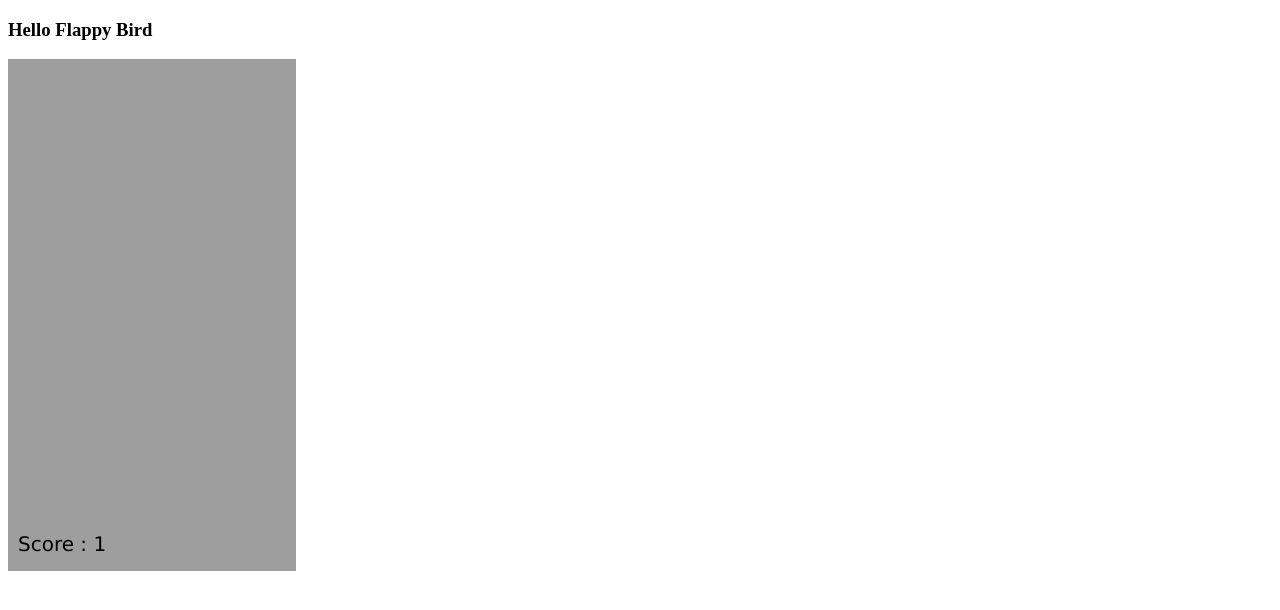
Repository: kate30980/flappy-bird-js
Page: index.html
These files come from the project's save history. The page is drawn as it stood at one moment and after the next save; the edit follows.
The browser window is 1280 px wide. The pictures show the whole page.

Above is the page before, as saved 2021-09-05 09:59:18.

### index.html
<!DOCTYPE html>
<html lang="en">

<head>
    <meta charset="UTF-8">
    <meta http-equiv="X-UA-Compatible" content="IE=edge">
    <meta name="viewport" content="width=device-width, initial-scale=1.0">
    <title>Flappy Bird</title>
</head>

<body>

    <h3>Hello Flappy Bird</h3>
    <canvas id="canvas" width="288" height="512"></canvas>

    <script src="main.js"></script>
</body>

</html>

### main.js
var cvs = document.getElementById("canvas");
var ctx = cvs.getContext("2d");

// load images

var bird = new Image();
var bg = new Image();
var fg = new Image();
var pipeNorth = new Image();
var pipeSouth = new Image();

bird.src = "images/bird.png";
bg.src = "images/bg.png";
fg.src = "images/fg.png";
pipeNorth.src = "images/pipeNorth.png";
pipeSouth.src = "images/pipeSouth.png";

// some variables

var gap = 85;
var constant;

var bX = 10;
var bY = 150;

var gravity = 1.5;

var score = 0;

// audio files

var fly = new Audio();
var scor = new Audio();

fly.src = "sounds/fly.mp3";
scor.src = "sounds/score.mp3";

// on key down

document.addEventListener("keydown", moveUp);

function moveUp() {
  bY -= 25;
  fly.play();
}

// pipe coordinates

var pipe = [];

pipe[0] = {
  x: cvs.width,
  y: 0,
};

// draw images

function draw() {
  ctx.drawImage(bg, 0, 0);

  for (var i = 0; i < pipe.length; i++) {
    constant = pipeNorth.height + gap;
    ctx.drawImage(pipeNorth, pipe[i].x, pipe[i].y);
    ctx.drawImage(pipeSouth, pipe[i].x, pipe[i].y + constant);

    pipe[i].x--;

    if (pipe[i].x == 125) {
      pipe.push({
        x: cvs.width,
        y: Math.floor(Math.random() * pipeNorth.height) - pipeNorth.height,
      });
    }

    // detect collision

    if (
      (bX + bird.width >= pipe[i].x &&
        bX <= pipe[i].x + pipeNorth.width &&
        (bY <= pipe[i].y + pipeNorth.height ||
          bY + bird.height >= pipe[i].y + constant)) ||
      bY + bird.height >= cvs.height - fg.height
    ) {
      location.reload(); // reload the page
    }

    if (pipe[i].x == 5) {
      score++;
      scor.play();
    }
  }

  ctx.drawImage(fg, 0, cvs.height - fg.height);

  ctx.drawImage(bird, bX, bY);

  bY += gravity;

  ctx.fillStyle = "#000";
  ctx.font = "20px Verdana";
  ctx.fillText("Score : " + score, 10, cvs.height - 20);

  requestAnimationFrame(draw);
}

draw();

After the next save:
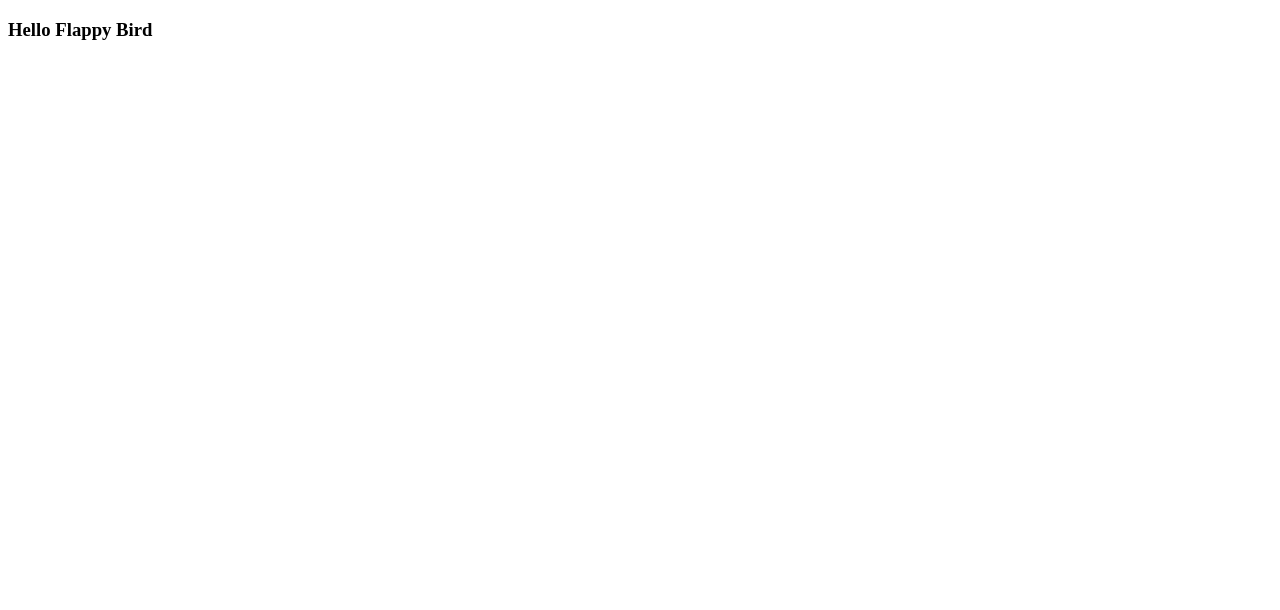
Saved 5 s later.
--- a/main.js
+++ b/main.js
@@ -102,5 +102,3 @@ function draw() {
 
   requestAnimationFrame(draw);
 }
-
-draw();

After the save that followed:
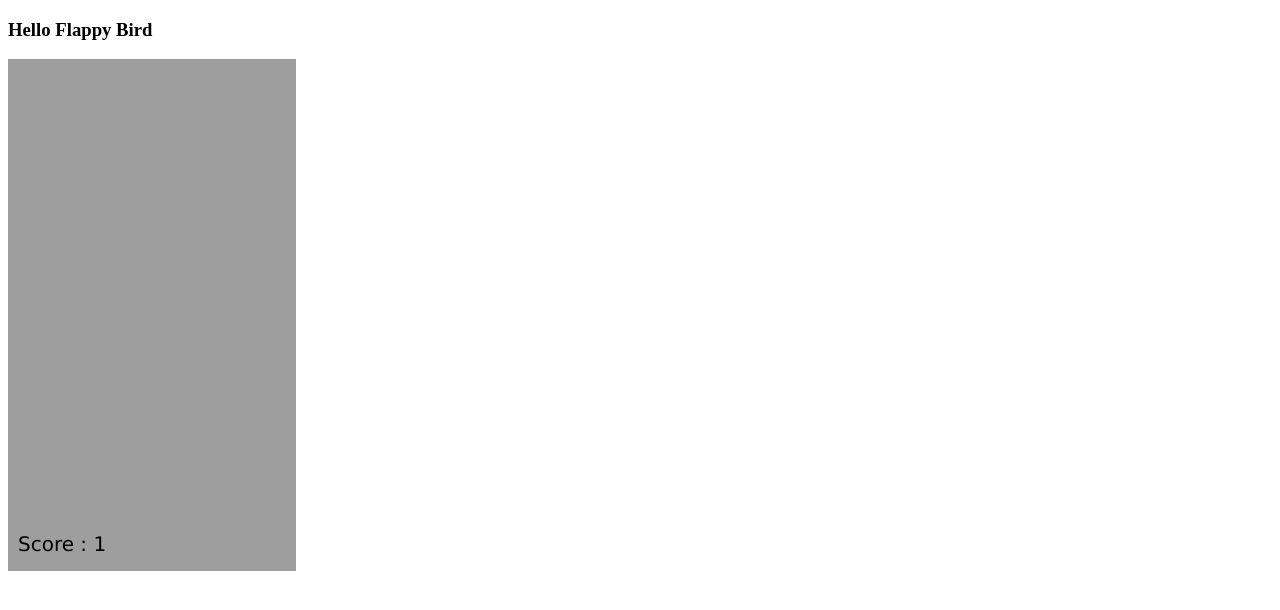
Saved 7 s later.
--- a/main.js
+++ b/main.js
@@ -102,3 +102,5 @@ function draw() {
 
   requestAnimationFrame(draw);
 }
+
+draw();
